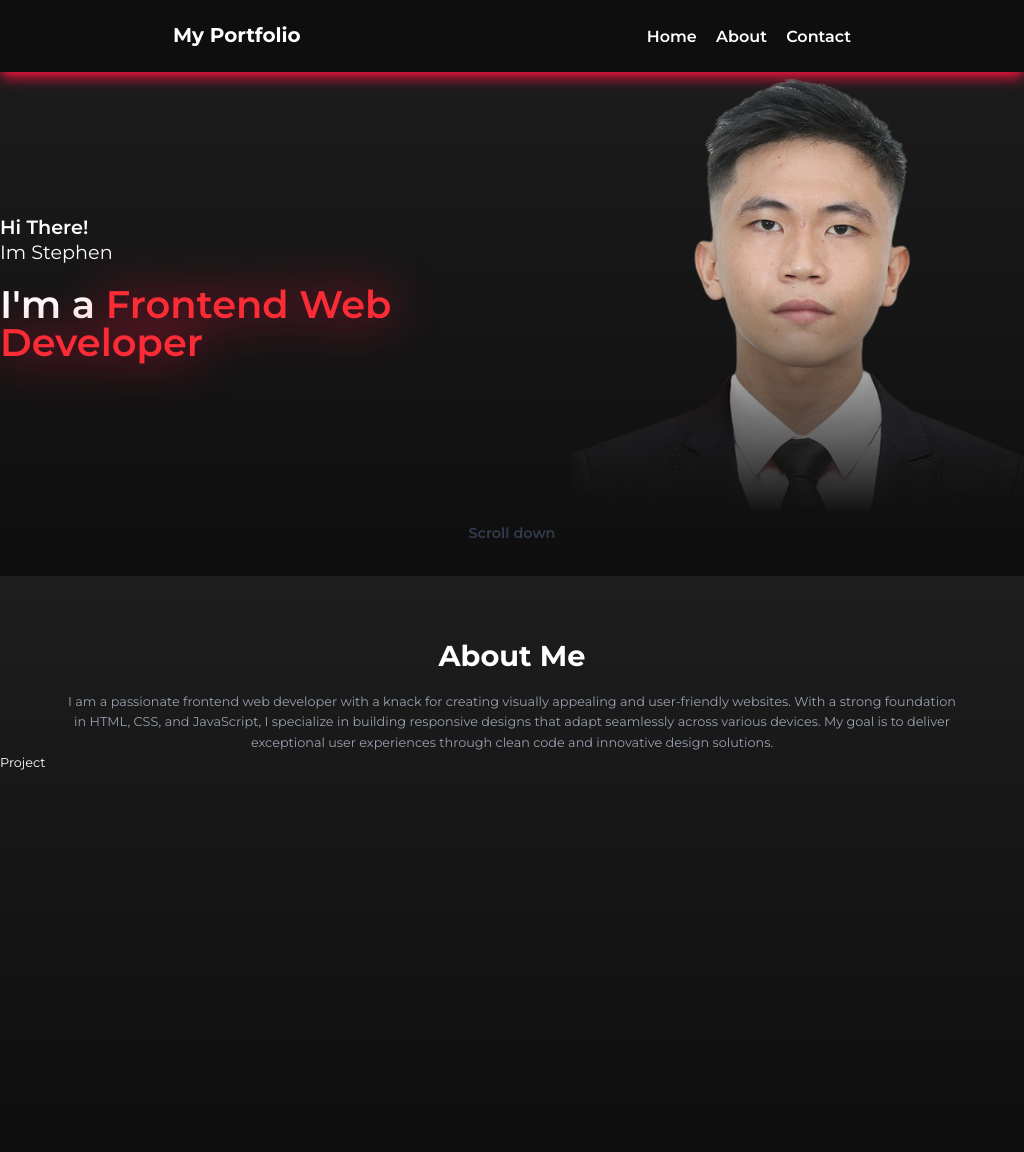
Repository: KaguyaKawaii/portfolio
Page: / (app in frontend/)
An editor plug-in stored every save of this project. The page is shown before and after the next save, followed by the edit.
The browser window is 1280 px wide. The pictures show the whole page, at 80% of full size.
The project was rebuilt for these pictures with package versions that can differ from the ones it lists, and the page was loaded fresh each time. Also part of the build but not shown: frontend/vite.config.js.

Above is the page before, as saved 2025-10-28 00:25:05.

### frontend/src/index.css
/* ✅ 1️⃣ Google Fonts first */
@import url('https://fonts.googleapis.com/css2?family=Montserrat:wght@400;500;600;700&display=swap');

/* ✅ 2️⃣ Then Tailwind (only once) */
@import "tailwindcss";

/* ✅ 3️⃣ Optional: your own CSS rules */
body {
  font-family: 'Montserrat', sans-serif;
}

### frontend/src/App.jsx
import { useState } from 'react'
import pic from './assets/image.png'

function App() {

  return (
    <>
      <header className='bg-[#0F0E0E] h-[90px] w-full absolute shadow-lg shadow-[#dc143c]'>
        <div className='flex justify-around items-center h-full text-white'>
          <h1 className='font-bold font-montserrat text-[25px]'>My Portfolio</h1>

          <div className='flex font-montserrat gap-6 font-semibold text-[20px]'>
            <p>Home</p>
            <p>About</p>
            <p>Contact</p>
          </div>
        </div>
      </header>

      <body className='bg-linear-180 from-[#1E1E1E] to-[#0F0E0E] h-screen text-white'>
        <div className='flex justify-around items-center h-screen'>
          <div>
            <div className='text-2xl'>
              <h1 className='font-semibold'>Hi There!</h1>
              <p>Im Stephen</p>
            </div>
            <div className='mt-6'>
              <p className='font-semibold text-5xl'>I'm a  <span className="drop-shadow-[0_0_30px_#dc143c] text-red-500">Frontend Web Developer</span></p>

            </div>
          </div>

          <div className=''>
          <img
            src={pic}
            alt="profile"
            className="w-full h-full object-cover rounded-4xl"
            style={{
              maskImage: "linear-gradient(to bottom, black 50%, transparent 100%)",
              WebkitMaskImage: "linear-gradient(to bottom, black 50%, transparent 100%)",
            }}
          />
          </div>
        </div>

        <div className='flex justify-center items-center text-gray-700 text-lg font-montserrat font-semibold animate-pulse absolute bottom-10 w-full'>
          Scroll down
        </div>

          {/* Body 2 */}
          <div className='h-screen'>
            <div>
              <h1 className='text-white font-montserrat text-4xl font-bold text-center pt-20'>About Me</h1>
              <p className='text-gray-400 font-montserrat text-center mt-6 mx-20 leading-relaxed'>
                I am a passionate frontend web developer with a knack for creating visually appealing and user-friendly websites. With a strong foundation in HTML, CSS, and JavaScript, I specialize in building responsive designs that adapt seamlessly across various devices. My goal is to deliver exceptional user experiences through clean code and innovative design solutions.
              </p>

              <h1>Project</h1>

            </div>

          </div>

      </body>




    </>
  )
}

export default App

Loaded but not shown: frontend/index.html (common file); frontend/src/main.jsx (common file)

After the next save:
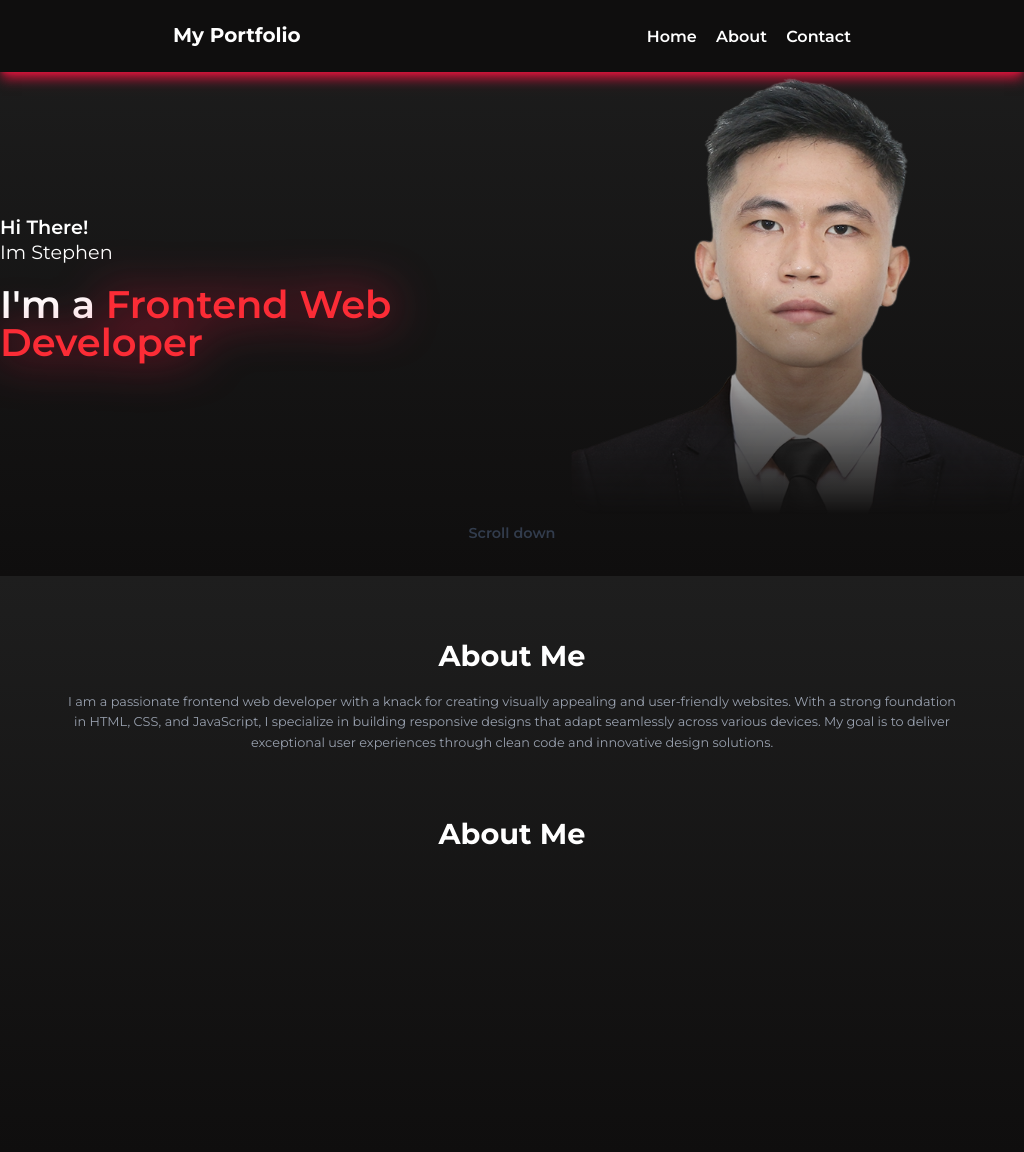
Saved 13 s later.
--- a/frontend/src/App.jsx
+++ b/frontend/src/App.jsx
@@ -55,7 +55,8 @@
                 I am a passionate frontend web developer with a knack for creating visually appealing and user-friendly websites. With a strong foundation in HTML, CSS, and JavaScript, I specialize in building responsive designs that adapt seamlessly across various devices. My goal is to deliver exceptional user experiences through clean code and innovative design solutions.
               </p>
 
-              <h1>Project</h1>
+              <h1 className='text-white font-montserrat text-4xl font-bold text-center pt-20'>About Me</h1>
+
 
             </div>
 
